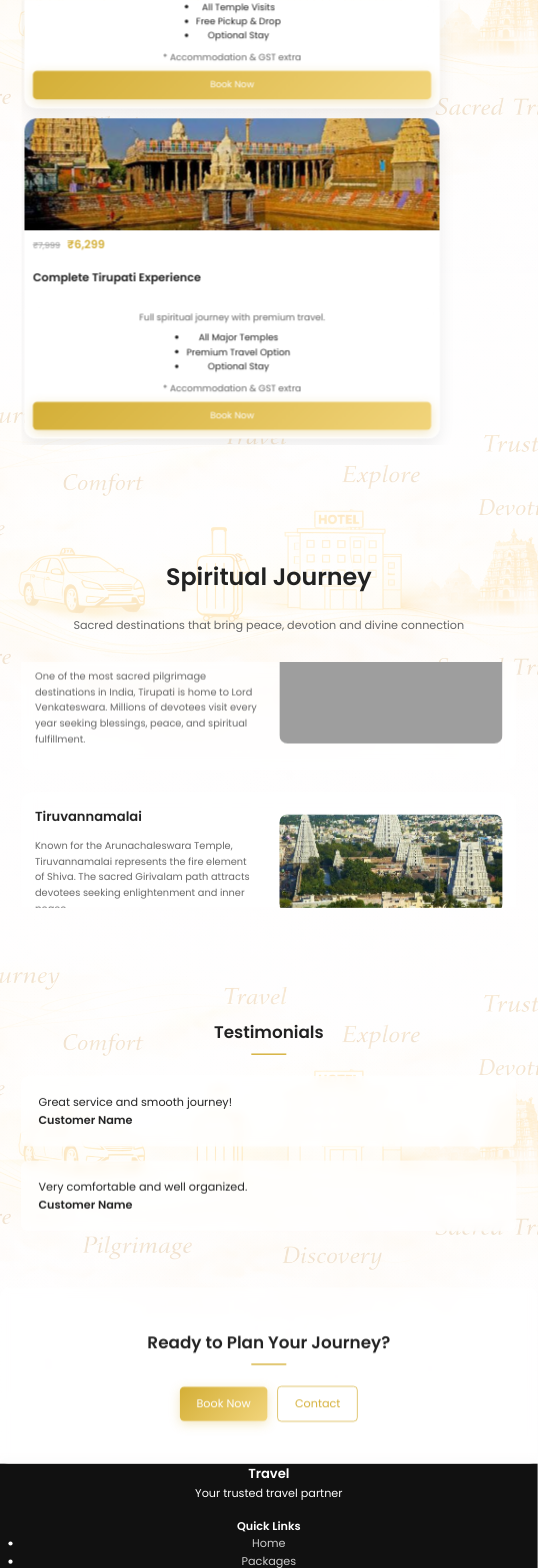
Repository: heytirupati/Bookingweb
Page: index.html
The author's editor kept a copy of each file at every save. The page is drawn from the files as they stood at one save, then again after the next save.
The browser window is 768 px wide. The pictures show the part of the page from y = 2810 to 5050 px (the page is 5150 px tall), at 70% of full size.
Pictures or frames that could not be fetched are drawn as grey boxes. Backgrounds fixed to the window are drawn as part of the page.

Above is the page before, as saved 2026-03-28 12:43:15.

After the next save:
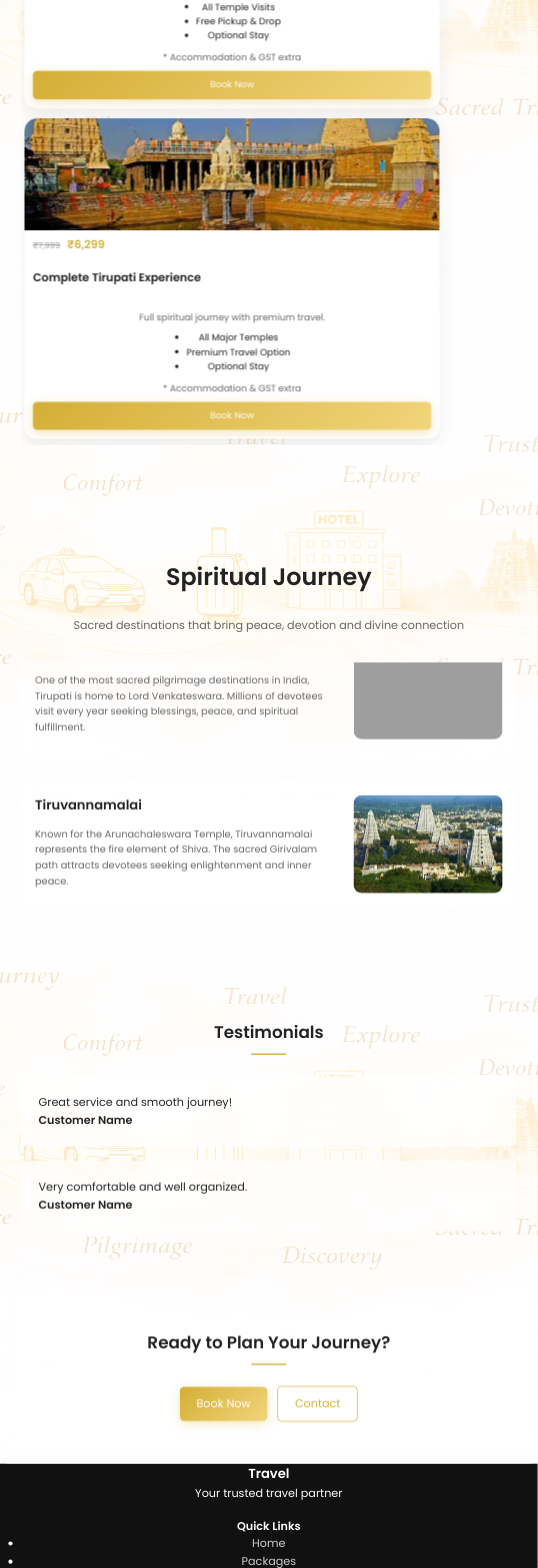
Saved 15 s later.
--- a/css/style.css
+++ b/css/style.css
@@ -970,7 +970,91 @@ service-card {
         margin-bottom: 10px;
     }
 
-
-
-
-}
+    /* ===============================
+   SPIRITUAL JOURNEY (PREMIUM)
+================================= */
+
+.spiritual-title {
+    font-size: 34px;
+    text-align: center;
+}
+
+.spiritual-title::after {
+    display: none;
+}
+
+.spiritual-subtext {
+    text-align: center;
+    color: var(--text-light);
+    margin-bottom: 40px;
+}
+
+/* WRAPPER (HIDDEN SCROLL) */
+.spiritual-wrapper {
+    height: 350px;
+    overflow: hidden;
+    position: relative;
+}
+
+/* TRACK (AUTO SCROLL) */
+.spiritual-track {
+    display: flex;
+    flex-direction: column;
+    gap: 30px;
+
+    animation: scrollUp 20s linear infinite;
+}
+
+/* ITEM */
+.spiritual-item {
+    display: flex;
+    align-items: center;
+    gap: 30px;
+
+    padding: 20px;
+    border-radius: 16px;
+
+    background: rgba(255,255,255,0.5);
+    backdrop-filter: blur(10px);
+}
+
+/* TEXT */
+.spiritual-content {
+    flex: 2;
+}
+
+.spiritual-content h3 {
+    margin-bottom: 10px;
+}
+
+.spiritual-content p {
+    font-size: 14px;
+    color: var(--text-light);
+}
+
+/* IMAGE */
+.spiritual-image {
+    flex: 1;
+}
+
+.spiritual-image img {
+    width: 100%;
+    height: 140px;
+    object-fit: cover;
+    border-radius: 12px;
+}
+
+/* AUTO SCROLL ANIMATION */
+@keyframes scrollUp {
+    0% {
+        transform: translateY(0);
+    }
+    100% {
+        transform: translateY(-50%);
+    }
+}
+
+
+
+
+}
